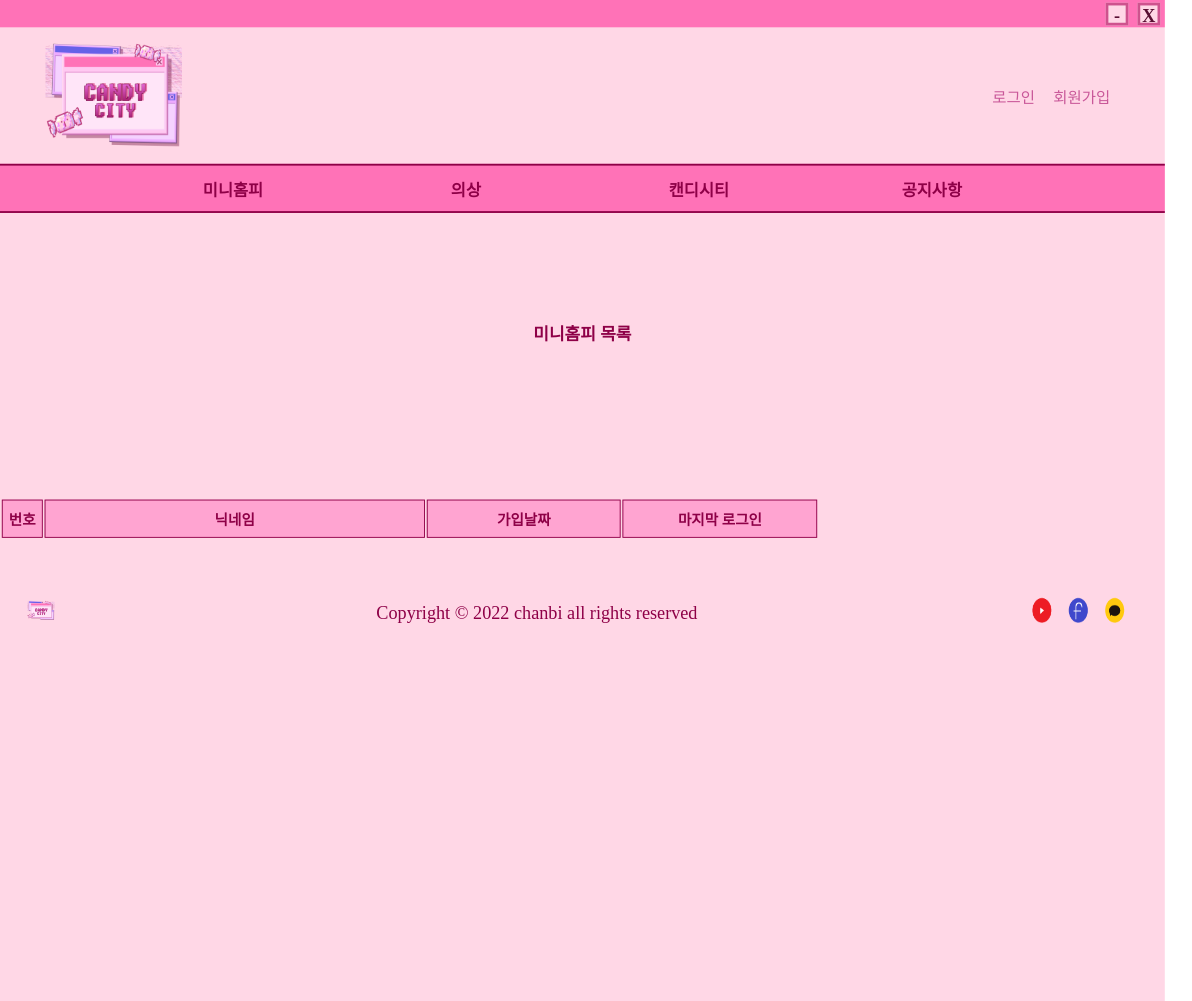
Repository: chanbiM/candyCityProject
Page: http://localhost/CandyCityProj/getHomepiList
An editor plug-in stored every save of this project. The page is shown before and after the next save, followed by the edit.
The browser window is 1280 px wide. The page is 1310 px wide, so the pictures cover 1310 px, including what lies to the right of the window. The pictures show the whole page, at 91% of full size.
Some web fonts or font styles are not loaded; a fallback is used. The page is served by Tomcat 9. Other server files are loaded and not shown. Queries for data that is not in the repository find no rows.

Above is the page before, as saved 2022-11-18 09:51:11.

### CandyCityProj/WebContent/member/homepi/homepiList.jsp
<%@page import="java.util.ArrayList"%>
<%@page import="vo.MemberVO"%>
<%@ page language="java" contentType="text/html; charset=UTF-8"
    pageEncoding="UTF-8"%>
<%@ include file="/header.jsp"%>
<link rel="stylesheet" href="/css/homepiStyle.css">
<link rel="stylesheet" href="/css/postListStyle.css">

	<br>
<%
	ArrayList<MemberVO> homepiList = (ArrayList<MemberVO>)request.getAttribute("homepiList");
%>
	<!--미니홈피 목록-->
	<h3>미니홈피 목록</h3> <br>
			<table id="post_list">
				<tr>
					<th class="number">
						번호
					</th>

					<th class="name">
						닉네임
					</th>

					<th class="joinDate">
						가입날짜
					</th>

					<th class="loginDate">
						마지막 로그인
					</th>
				</tr>

				<%
					int num = 1;
					for(MemberVO data : homepiList) {
				%>
					<tr>
						<td>
							<a href=""><%= num %></a>
						</td>
						<td>
							<a href=""><%= data.getName() %></a>
						</td>
						<td>
							<a href=""><%= data.getJoinDate() %></a>
						</td>
						<td>
							<a href=""><%= data.getLoginDate() %></a>
						</td>
				</tr>
					<% num++; %>
				<% } %>


			</table>

<%@ include file="/footer.jsp"%>

### CandyCityProj/WebContent/header.jsp
<%@page import="vo.MemberVO"%>
<%@ page language="java" contentType="text/html; charset=UTF-8"
	pageEncoding="UTF-8"%>
<!DOCTYPE html>
<html>
<head>
<meta charset="UTF-8">
<title>Candy City</title>
<link rel="stylesheet" href="/css/mainStyle.css">
<script src="/js/jquery-3.1.1.min.js"></script>
</head>
<body>
	<div class="wrapper">
		<!-- 창 바 -->
		<div class="window">
			<button class="widow_btn" id="-_btn">-</button>
			<button class="widow_btn" id="x_btn">X</button>
		</div>

		<header>
			<!-- 로고 -->
			<div class="logo">
				<a href="/index.jsp"><img alt="로고" src="/images/logo.png"></a>
			</div>

			<!-- 기타 메뉴바 -->
			<div class="minimenu">

				<ul>
					<%
						MemberVO vo = (MemberVO) session.getAttribute("loginOK");
						if (vo == null) {
					%>
					<li><a href="/member/login.jsp">로그인</a></li>
					<li><a href="/member/insertMember.jsp">회원가입</a></li>
					<%
						} else {
					%>
					<li><a href="/member/myPage.jsp"><%=vo.getName()%>님</a></li>
					<li><a href="/logout"> 로그아웃 </a></li>
					<li><a href="/member/myPage.jsp">마이페이지</a></li>

					<%
						}
					%>
				</ul>

			</div>
		</header>

		<!-- 메뉴바 -->
		<nav>
			<ul class="mainmenu">
				<li><a href="/getHomepiList">미니홈피</a>
					<ul class="submenu">
					<%
						if (vo == null) {
					%>
						<li><a href="/member/login.jsp">내 미니홈피</a></li>
						<li><a href="/getHomepiList">미니홈피 목록</a></li>
					<%
						} else {
					%>

						<li><a href="/GetHomepi?id=<%= vo.getId() %>">내 미니홈피</a></li>
						<li><a href="/getHomepiList">미니홈피 목록</a></li>
					<%
						}
					%>
					</ul></li>

				<li><a href="#">의상</a>
					<ul class="submenu">
					<%
						if (vo == null) {
					%>
						<li><a href="/member/login.jsp">내 의상</a></li>
						<li><a href="/member/login.jsp">의상 상점</a></li>
						<li><a href="/member/login.jsp">의상 설정</a></li>
					<% } else {
					%>
						<li><a href="/getcCostumeList?id=<%= vo.getId() %>&name=<%= vo.getName() %>">내 의상</a></li>
						<li><a href="/getShopList?id=<%= vo.getId() %>">의상 상점</a></li>
						<li><a href="/characterSet">의상 설정</a></li>
					<%
					} %>
					</ul></li>

				<li><a href="/getCandyCityList">캔디시티</a>
					<ul class="submenu">
					</ul></li>

				<li><a href="/getNoticeList?type=E">공지사항</a>
					<ul class="submenu">
						<li><a href="/getNoticeList?type=E">이벤트</a></li>
						<li><a href="/getNoticeList?type=N">공지사항</a></li>
						<li><a href="/getNoticeList?type=R">당첨자 발표</a></li>
					</ul></li>

				<%
					MemberVO adminVo = (MemberVO) session.getAttribute("manager");
					if (adminVo != null) {
				%>
				<li><a href="/getUserList">관리자용 메뉴</a>
					<ul class="submenu">
						<li><a href="/getUserList">유저 리스트</a></li>
						<!-- <li><a href="#">문의글 확인</a></li>
						<li><a href="#">신고글 확인</a></li> -->
						<li><a href="/admin/noticeInsert.jsp">공지사항/이벤트 작성</a></li>
					</ul></li>
			<%
				}
			%>
			</ul>

		</nav>

### CandyCityProj/WebContent/footer.jsp
<%@ page language="java" contentType="text/html; charset=UTF-8"
    pageEncoding="UTF-8"%>
        <!-- 푸터 영역 -->
        <footer>
            <!-- 하단로고 -->
            <div>
                <a href="/index.jsp" class="logo">
                    <img src="/images/logo.png" alt="로고" >
                </a>
            </div>
            <!-- 카피라이트 -->
            <div class="copyright">
                <p> Copyright &copy; 2022 chanbi all rights reserved</p>
            </div>
            <!-- SNS -->
            <div>
                <ul class="sns">
                    <li><a href="https://www.youtube.com/@rorochanbi"><img src="/images/youtube.png" alt="유튜브" height="40"></a></li>
                    <li><a href="#"><img src="/images/facebook.png" alt="페이스북" height="40"></a></li>
                    <li><a href="https://open.kakao.com/o/s1olGebe"><img src="/images/kakao.png" alt="카카오톡" height="40"></a></li>
                </ul>
            </div>
        </footer>
    </div>
	<script src="/js/script.js"></script>
</body>
</html>

### CandyCityProj/src/controller/GetHomepiListController.java
package controller;

import java.io.IOException;
import java.io.PrintWriter;
import java.util.ArrayList;

import javax.servlet.ServletException;
import javax.servlet.annotation.WebServlet;
import javax.servlet.http.HttpServlet;
import javax.servlet.http.HttpServletRequest;
import javax.servlet.http.HttpServletResponse;

import dao.MemberDAO;
import vo.MemberVO;
import vo.PostVO;


@WebServlet("/getHomepiList")
public class GetHomepiListController extends HttpServlet {
	private static final long serialVersionUID = 1L;

    public GetHomepiListController() {
        super();
    }

	protected void doGet(HttpServletRequest request, HttpServletResponse response) throws ServletException, IOException {
		response.setContentType("text/html; charset=UTF-8");
		request.setCharacterEncoding("UTF-8");
		PrintWriter out = response.getWriter();
		MemberDAO dao = new MemberDAO();
		ArrayList<MemberVO> homepiList = dao.getHomepiList();

		request.setAttribute("homepiList", homepiList);
		request.getRequestDispatcher("/member/homepi/homepiList.jsp").forward(request, response);

	}

	protected void doPost(HttpServletRequest request, HttpServletResponse response) throws ServletException, IOException {
		doGet(request, response);
	}

}

### CandyCityProj/src/common/JdbcUtill.java
package common;

import java.sql.Connection;
import java.sql.DriverManager;
import java.sql.PreparedStatement;
import java.sql.ResultSet;

public class JdbcUtill {
	public static Connection getConnection() {
		Connection conn = null;

		try {
			Class.forName("oracle.jdbc.driver.OracleDriver");
			conn = DriverManager.getConnection("jdbc:oracle:thin:@localhost:1521:xe", "hr", "hr");
		} catch (Exception e) {
			System.out.println("DB 연결 실패");
			e.printStackTrace();
		}
		return conn;
	}

	public static void close(Connection conn, PreparedStatement pstmt) {
		if (pstmt!= null) {
			try {
				pstmt.close();
			} catch (Exception e) {
				// TODO: handle exception
				System.out.println("pstmt.close() 실패");
			}
		}

		if(conn != null) {
			try {
				conn.close();
			} catch (Exception e) {
				// TODO: handle exception
				System.out.println("conn.close() 실패");
				e.printStackTrace();
			}
		}
	}

	public static void close(Connection conn, PreparedStatement pstmt, ResultSet rs) {
		if(rs != null) {
			try {
				rs.close();
			} catch (Exception e) {
				// TODO: handle exception
				System.out.println("rs.close() ����");
				e.printStackTrace();
			}
		}
		close(conn, pstmt);
	}


}

### CandyCityProj/WebContent/css/mainStyle.css
@font-face {
    font-family: 'DungGeunMo';
    src: url('https://cdn.jsdelivr.net/gh/projectnoonnu/noonfonts_six@1.2/DungGeunMo.woff') format('woff');
    font-weight: normal;
    font-style: normal;
}
* {
    margin: 0;
    padding: 0;
    list-style: none;
    text-decoration: none;
    color: rgb(19, 0, 1);
    font-family: 'DungGeunMo';
    color: #8e0047;
    -ms-user-select: none;
   -moz-user-select: -moz-none;
   -khtml-user-select: none;
   -webkit-user-select: none;
   user-select: none;
}

.wrapper {
    width: 1280px;
    min-height: 1100px;
    margin: 0 auto;
    background-color: rgb(255, 215, 230);
}

.window {
    width: 100%;
    height: 30px;
    display: flex;
    justify-content: flex-end;
    background-color: #FF72B7;
    align-items: center;
}
.widow_btn {
    width: 25px;
    height: 25px;
    margin: 5px;
    color: #580e32;
    font-weight: bold;
    font-size: 20px;
    background-color: rgb(255, 215, 230);
    border: 3px solid #ce528e;
}

.widow_btn:hover {
    background-color: rgb(203, 164, 178);
    border: 3px solid #953c67;
    cursor: pointer;
    text-align: center;
}

.logo > a {
    display: flex;
}

.logo > a > img {
    width: 150px;
    height: 120px;
    margin: 50px;
    margin-top: 15px;
}

header {
    width: 100%;
    height: 150px;
    display: flex;
    justify-content: space-between;
}

.minimenu {
    width: 1000px;
    display: flex;
    font-size: 17px;
    align-items: center;
    margin-right: 50px;
    justify-content: flex-end;
}

.minimenu ul{
    display: flex;
}

.minimenu ul li {
    margin: 10px;
}

.minimenu ul li:hover {
    font-weight: bold;
}

/*.minimenu ul {
    width: 100%;
    display: flex;
    justify-content: space-evenly;
}*/

.minimenu ul li a{
	color: #c95899;
}

.mainmenu {
    /* 메뉴 요소 4개 가로정렬 */
    width: 1280px;
    display: flex;

    /* 중앙정렬 */
    text-align: center;
    align-items: center;
    justify-content: center;

    background-color: #FF72B7;
    border-top: 2px #8e0047 solid;
    border-bottom: 2px #8e0047 solid;
    position:relative;

}

.mainmenu li {
    width: 20%;
    height: 50px;
}

.mainmenu a {
    display: flex;
    justify-content: center;
    align-items: center;
    width: 100%;
    height: 100%;
    font-size: 18px;
    font-weight: 600;

    /* 하이라이팅 줄때 애니메이션을 줄 시간과 속성들 */
    transition: background-color 1s, color 1s;
}
/* :hover -> 마우스를 위에 올려 놓을때 적용할 스타일*/
.mainmenu a:hover {
    background-color: #aa4a78;
    color: white;
}


.mainmenu .submenu {
    /* 부모의 면적 + 다른 요소에 영향을 주지 않음 -> 다른 요소에 독립적*/
    position: absolute;
    /* 맨 앞으로 가져오기*/
    z-index: 100;
	width: 20%;

    background-color: #FF72B7;
    color: white;

    /* 기본적으로는 가려짐. 나중에 js로 호버될때 해제되도록 해줄 것 */
    display: none;
}

.submenu li {
    width: 100%;
}
.submenu a:hover {
    background-color: rgb(254, 207, 228);
    color: rgb(70, 19, 30);
}

#slide {
    width: 100%;
    height: 300px;
    position: relative;
    overflow: hidden;
}
#slide>ul>li>a>img {
    position: absolute;
    width: 100%;
    top: 0;
    left: -100%;
    opacity: 0;
}

#slide >ul>li>a>img:first-child {
    left: 0;
    opacity: 1;
}

#slide ul {
    /* 다른 요소에 관여받지 않고 #slide 기준으로 움직이도록*/
    position: absolute;
    top: 0;
    left: 0;

    width: 100%;


}

/* 섹션 */

section {
    display: flex;
    height: 350px;
    overflow: hidden;
    margin: 20px;
}

section > div {
    flex: 1;
    max-width: 50%;

    padding: 10px;
}

/* 컨텐츠 탭 */
.tab {
    display: flex;
}

/* 활성화 된 탭 추가 효과 */
.tab .active {
    background-color: #FF72B7;
}
.tab .active a{
    color: white;
}


.tab div {
    padding: 7px;
    border: 1px solid #800040;
    /* content, tab이 보더가 곂치므로 한쪽 없애주기 */
    border-bottom: none;
}

#content_container .content {
    padding: 7px;
    border: 1px solid #800040;

    /* 일정 크기 이상으로 글자가 나오는걸 방지 */
    max-width: 600px;
    height: 200px;
}

/* 각 요소들의 글자가 넘쳐날 경우 .... 처리*/
#post li {
    overflow: hidden;
    text-overflow:ellipsis;
    white-space: nowrap;
    line-height: 25px;


    border-bottom: 1px solid #800040;
}

/* 갤러리 */
/* 기본적으로 활성화 된게 공지사항이므로 갤러리 컨텐츠는 가리기 */
#event {
    display: none;
}

#event li{
    overflow: hidden;
    text-overflow:ellipsis;
    white-space: nowrap;
    line-height: 25px;


    border-bottom: 1px solid #800040;
}

#ranking {
	margin-top: 2px;
}
#ranking ul, #ranking li{
    width: 95%;
}

#ranking ul {
	border: 2px solid #800040;

	padding: 10px;
	height: 195px;


}
#ranking li {
    /* 버튼별 간격 */
    margin-bottom: 15px;
    width: 96%;


    /* 버튼 내부 간격 */
    padding: 7px;
    text-align: center;
    background-color: #e366b1;
    text-align: left;
    color: #8e0047;
}

#ranking h4 {
	background-color: #FF72B7;
	color: white;

	font-weight: normal;
	border: 2px solid #800040;
	width: 130px;
	padding: 5px;
	overflow: hidden;
	text-align: center;
	border-bottom: none;
}
#ranking a {
    color: white;
    margin-left: 5px;
}

/* 푸터 */

footer {
    /* 가로 정렬 */
    display: flex;

    /* 3가지 요소들 가로 간격 */
    justify-content: space-between;
    /* 세로 중앙 정렬*/
    align-items: center;

    width: 100%;
    height: 100px;
    margin: 30px;
}

.sns {
    display: flex;
    margin-right: 70px;
}

/* sns 아이콘별 간격 */
.sns li {
    margin-left: 10px;
}

footer img {
    width: 30px;
}


.copyright {
	font-size: 20px;
}

.info {
	width: 100%;
	margin-left: 20px;
	height: 700px;
}

.infoText {
	width: 300px;
	height: 30px;
	font-size: 23px;
	border: 0px;
	background-color: #ffeaf3;
	text-align: center;
}

.info th {
	width: 250px;
	margin: 5px;
	font-size: 30px;
}

.info td {
	width: 300px;
	margin: 10px;
	font-size: 25px;
	text-align: center;
}

.updatebtn {
	border: 0px;
	background-color: rgb(255, 215, 230);
	font-size: 25px;

}

input:focus {outline: none;}

hr {
	margin: 30px;
	width: 90%;
	margin: auto;

	height : 1px;
    border: 0;
	background-color : #811b4e;

}

h2 {
	margin: 30px;
}

/* 팝업의 배경 */
.popup_back {
    /* 기본적으로 가려짐 */
    display: none;

    /* 사이트 내용의 면적을 무시하고 배치*/
    position: absolute;
    top: 0;
    left: 0;

    /* 창 전체 가로 세로 채우기*/
    width: 100%;
    height: 100%;

    /* 검정색 배경(0,0,0,)에서 0.8로 투명도 설정*/
    background: rgba(0,0,0,0.3);
    position: fixed;

}

/* 팝업 본체 */
.popup{
    position: relative;

    /* 팝업 창의 가로 세로*/
    width:500px;
    height:300px;

    /* 배경 면적의 top 50%, left 50% 위치로 이동 */
    top:50%;
    left:50%;
    /* 중앙 배치를 위해 팝업의 가로 세로의 절반 크기 만큼 옮기기*/
    margin-top: -100px;
    margin-left:-200px;

    background:#fff;
    padding: 20px;
}


/* 팝업 버튼 */
.popup_close {
    position: absolute;
    padding: 5px;

    /* 팝업의 아래쪽부터 20px, 오른쪽으로부터 20px */
    right: 20px;
    bottom: 20px;
    background-color: #FF72B7;
    border: 2px solid #ea0075;
}
.popup_close:hover {
	background-color: #f14b9a;
    border: 2px solid #aa0055;
    cursor: pointer;
}

.pwdUpdateBtn {
	position: absolute;
    padding: 5px;

    /* 팝업의 아래쪽부터 20px, 오른쪽으로부터 20px */
    right: 100px;
    bottom: 20px;
    background-color: #FF72B7;
    border: 2px solid #ea0075;
}

.pwdUpdateBtn:hover {
	background-color: #f14b9a;
    border: 2px solid #aa0055;
    cursor: pointer;
}

/* 팝업의 배경 */
.popup_back_del {
    /* 기본적으로 가려짐 */
    display: none;

    /* 사이트 내용의 면적을 무시하고 배치*/
    position: absolute;
    top: 0;
    left: 0;

    /* 창 전체 가로 세로 채우기*/
    width: 100%;
    height: 100%;

    /* 검정색 배경(0,0,0,)에서 0.8로 투명도 설정*/
    background: rgba(0,0,0,0.3);
    position: fixed;

}

/* 팝업 본체 */
.popup_del{
    position: relative;

    /* 팝업 창의 가로 세로*/
    width:500px;
    height:300px;

    /* 배경 면적의 top 50%, left 50% 위치로 이동 */
    top:50%;
    left:50%;
    /* 중앙 배치를 위해 팝업의 가로 세로의 절반 크기 만큼 옮기기*/
    margin-top: -100px;
    margin-left:-200px;

    background:#fff;
    padding: 20px;
}

### CandyCityProj/WebContent/css/homepiStyle.css
body {
    -ms-overflow-style: none;
}

a:hover {
	cursor: pointer;
}
body::-webkit-scrollbar {
    display: none;
}
.wrapper {
	min-height: 1100px;
}

.member_info {
    width: 95%;
    background-color: #fecddd;
    height: 150px;
    margin: auto;
    padding: 20px;
}

.member_info li{
	height: 100%;
}
.member_info ul {
    display: flex;
    justify-content: space-evenly;
    align-items: center;
    height: 100%;
}

.profile_char img{
    width: 150px;
    height: 150px;
    background-color: rgb(164, 111, 130);
    border-radius: 20px;
}

.info {
    width: 800px;
}

#homepi_info {
    width: 150px;
    height: 40px;
    margin-top: 100px;
    background-color: #ca6497;
    color: #fff1f1;
    border: 2px #9a4f74 solid;
    border-radius: 5px;
}

#homepi_info:hover {
    background-color: #943464;
    color: #d5c8c8;
    cursor: pointer;
    transition: background-color 0.2s, color 0.2s;
}

input:focus {outline: none;}

input::placeholder {
    color: #7e3b5d;
}

.character_info {
    float: left;
    width: 300px;
    background-color: #fecddd;
    height: 470px;
    margin: 15px;
    padding: 20px;
    text-align: center;
}

.info_character {
    width: 280px;
    border-radius: 20px;
    height: 350px;
    display: flex;
    margin: auto;
    margin-bottom: 5px;
}

.info_character img {
	width: 300px;
	height: 400px;
	position: absolute;
}

#post_btn {
    width: 250px;
    height: 40px;
    margin-bottom: 10px;
    background-color: #ca6497;
    color: #fff1f1;
    border: 2px #9a4f74 solid;
    border-radius: 5px;
}
#post_btn:hover {
    background-color: #943464;
    color: #d5c8c8;
    cursor: pointer;
    transition: background-color 0.2s, color 0.2s;
}

.post_search {
    margin: 15px;

}

input[type="text"]{
   width: 65%;
   height: 50px;

    font-size: 25px;
    padding-left: 5px;
    /*border: #811b4e 2px solid;*/
    border: 2px solid #943464;
    background-color: rgb(255, 255, 255);
  }

  input[type="submit"]{
    width: 5%;
    height: 56px;
    background-color: #ca6497;
    color: #fff1f1;
    border: 2px #9a4f74 solid;
  }
  input[type="submit"]:hover {
    background-color: #943464;
    color: #d5c8c8;
    cursor: pointer;
    transition: background-color 0.2s, color 0.2s;
}

.representative_post {
    border: 2px solid #943464;

    width: 66%;
    height: 750px;
    display: inline-block;
    padding: 20px;
}
#post_content {
    height: 370px;
}
#post_list {
    display: flex;
    align-items: flex-end;
    justify-content: flex-end;
}
#post_list button{
    background-color: #ca6497;
    color: #fff1f1;
    border: 2px #9a4f74 solid;
    width: 200px;
    height: 40px;
}



#post_list button:hover {
    background-color: #943464;
    color: #d5c8c8;
    cursor: pointer;
    transition: background-color 0.2s, color 0.2s;
}

hr {
    width: 100%;
    text-align: center;
    margin: auto;

	height : 1px;
    border: 0;
	background-color : #811b4e;
}

.post {
    border: 2px solid #943464;

    width: 66%;
    height: 750px;
    display: inline-block;
    padding: 20px;
}

.title {
	margin: 0px;
}

.notice {
	border: 2px solid #943464;

    width: 1180px;
    height: 750px;
    padding: 20px;
    margin: 30px;
}

#notice_content {
	height: 600px;
}

#notice_list {
    display: flex;
    justify-content: flex-end;
    margin-right: 30px;
}
#notice_list button{
    background-color: #ca6497;
    color: #fff1f1;
    border: 2px #9a4f74 solid;
    width: 200px;
    height: 40px;
}


.head {
	z-index: 60;
}

.eyes {
	z-index: 59;
}

.body {
	z-index: 61;
}

.shoes {
	z-index: 58;
}

.character {
	z-index: 50;

}

### CandyCityProj/WebContent/css/postListStyle.css
#post_list {
    width: 900px;
    display: flex;
    justify-content: center;

}

th {
	background-color: #ffa4d1;
}


td, th, tr {
	text-align: center;
    border: 1px solid;
    height: 40px;
    overflow: hidden;
}

.number {
    width: 70px;
}

.title {
    width: 700px;
}
.date {
	width: 300px;
}
.end {
	width: 250px;
}
.type {
    width: 80px;
}

.name {
	width: 800px;
}

.joinDate {
	width: 400px;
}

.loginDate {
	width: 400px;
}

.buttonBox {
	width: 100%;
    display: flex;
    justify-content: flex-end;

}

.listBtn {
	margin-right: 10px;
	margin-bottom: 20px;
	width: 250px;
    height: 40px;
    margin-bottom: 10px;
    background-color: #f499c5;
    border: 2px #9a4f74 solid;
    border-radius: 5px;
}

.listBtn:hover {
    background-color: #943464;
    color: #d5c8c8;
    cursor: pointer;
    transition: background-color 0.2s, color 0.2s;
}

h2 {
	margin-left: 20px;
	margin-top: 10px;
}

.homepiList {
	margin: auto;

}

.nickName {
	width: 1200px;
}

.candyCity {
	width: 100%;
	height: 400px;
	margin-bottom: 30px;
	display: flex;
}

.char img {
	margin-top: 20px;
	position: absolute;
}


#candy_back{
	position: absolute;
}

.mainList {
	width: 100%;
	display: flex;
	flex-wrap:wrap;
}

h3 {
	margin-top: 100px;
	text-align: center;
	margin-bottom: 150px;
}
.mainList li {
	width: 20%;
	display: flex;
	justify-content: center;



}

.subList {
	width: 100%;
	height: 300px;
	align-items: center;

}

.subList li{
	width: 100%;
	text-align: center;
	overflow: hidden;
	height: 300px;
}

.char_name {
	height: 50px;
	z-index: 70;
}

Loaded but not shown: CandyCityProj/WebContent/js/jquery-3.1.1.min.js (library); CandyCityProj/WebContent/js/script.js (73 lines, source omitted); CandyCityProj/src/dao/MemberDAO.java (382 lines, source omitted)

After the next save:
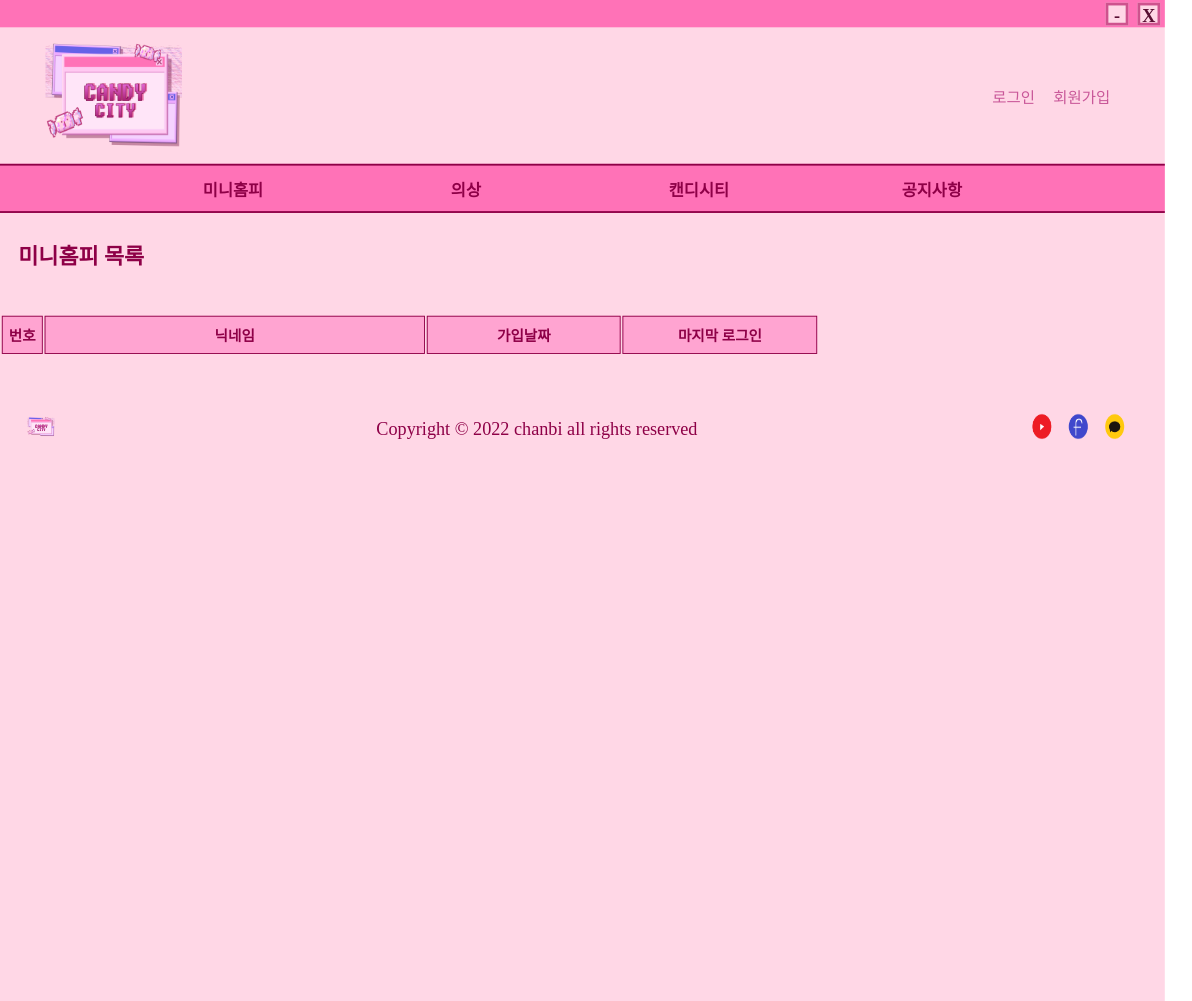
Saved 8 s later.
--- a/CandyCityProj/WebContent/member/homepi/homepiList.jsp
+++ b/CandyCityProj/WebContent/member/homepi/homepiList.jsp
@@ -11,7 +11,7 @@
 	ArrayList<MemberVO> homepiList = (ArrayList<MemberVO>)request.getAttribute("homepiList");
 %>
 	<!--미니홈피 목록-->
-	<h3>미니홈피 목록</h3> <br>
+	<h2>미니홈피 목록</h2> <br>
 			<table id="post_list">
 				<tr>
 					<th class="number">
